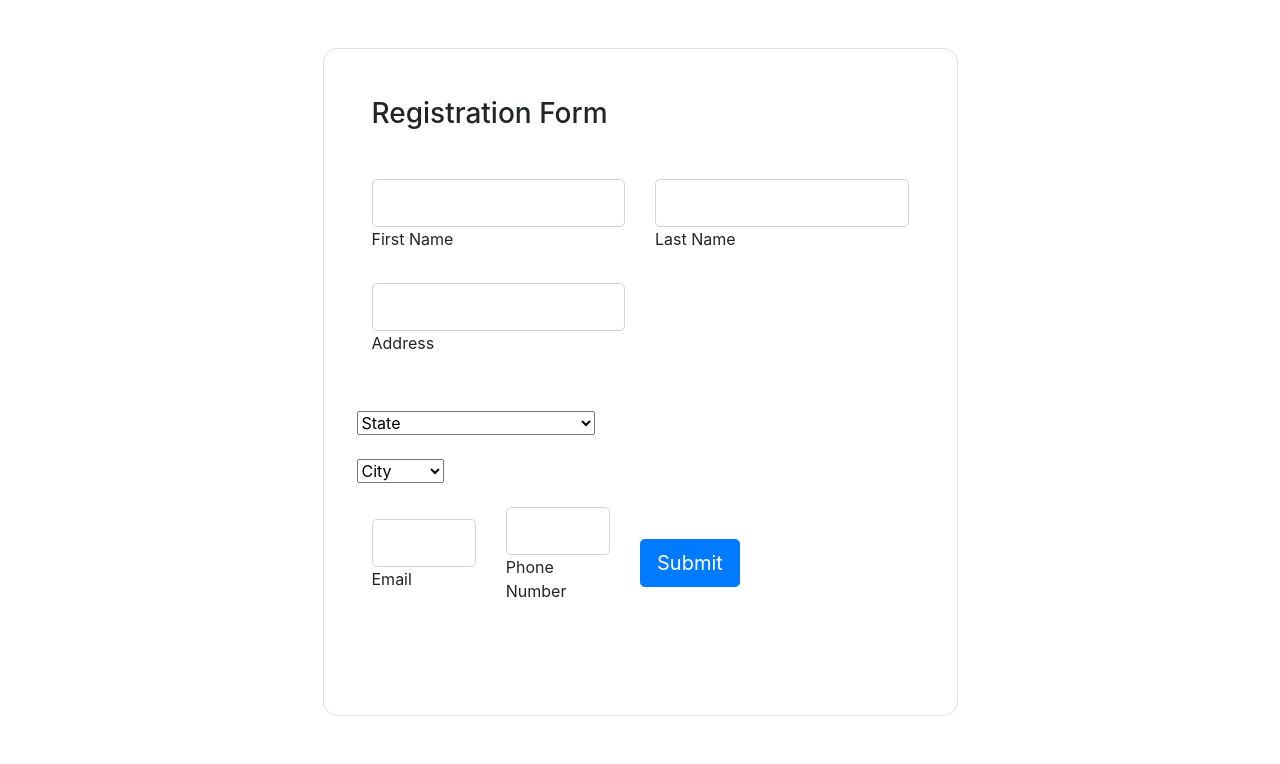
Repository: KeithKeithZ/libapp
Page: http://localhost/userRegister
These files come from the project's save history. The page is drawn as it stood at one moment and after the next save; the edit follows.
The browser window is 1280 px wide. The pictures show the whole page.
The page is served by the project's Laravel application, run on PHP 8.4 with Laravel 8. Other server files are loaded and not shown.

Above is the page before, as saved 2021-12-03 12:54:24.

### routes/web.php
<?php

use Illuminate\Support\Facades\Route;

/*
|--------------------------------------------------------------------------
| Web Routes
|--------------------------------------------------------------------------
|
| Here is where you can register web routes for your application. These
| routes are loaded by the RouteServiceProvider within a group which
| contains the "web" middleware group. Now create something great!
|
*/

Route::get('/', function () {
    return view('welcome');
});

Route::get('/Users', function () {
    return view('users');
});

Route::get('/userLogin', function () {
    return view('userSignIn');
});

Route::get('/userRegister', function () {
    return view('userRegister');
});

### resources/views/userRegister.blade.php
<!DOCTYPE html>
<html lang="{{ str_replace('_', '-', app()->getLocale()) }}">
    <head>
        <title>Bootstrap Example</title>
        <meta charset="utf-8">
        <meta name="viewport" content="width=device-width, initial-scale=1">
        <link rel="stylesheet" href="https://stackpath.bootstrapcdn.com/bootstrap/4.1.3/css/bootstrap.min.css" integrity="sha384-MCw98/SFnGE8fJT3GXwEOngsV7Zt27NXFoaoApmYm81iuXoPkFOJwJ8ERdknLPMO" crossorigin="anonymous">
        <script src="https://code.jquery.com/jquery-3.3.1.slim.min.js" integrity="sha384-q8i/X+965DzO0rT7abK41JStQIAqVgRVzpbzo5smXKp4YfRvH+8abtTE1Pi6jizo" crossorigin="anonymous"></script>
        <script src="https://cdnjs.cloudflare.com/ajax/libs/popper.js/1.14.3/umd/popper.min.js" integrity="sha384-ZMP7rVo3mIykV+2+9J3UJ46jBk0WLaUAdn689aCwoqbBJiSnjAK/l8WvCWPIPm49" crossorigin="anonymous"></script>
        <script src="https://stackpath.bootstrapcdn.com/bootstrap/4.1.3/js/bootstrap.min.js" integrity="sha384-ChfqqxuZUCnJSK3+MXmPNIyE6ZbWh2IMqE241rYiqJxyMiZ6OW/JmZQ5stwEULTy" crossorigin="anonymous"></script>
    </head>

    <section class="vh-100 gradient-custom">
        <div class="container py-5 h-100">
            <div class="row justify-content-center align-items-center h-100">
            <div class="col-12 col-lg-9 col-xl-7">
                <div class="card shadow-2-strong card-registration" style="border-radius: 15px;">
                <div class="card-body p-4 p-md-5">
                    <h3 class="mb-4 pb-2 pb-md-0 mb-md-5">Registration Form</h3>
                    <form>

                    <div class="row">
                        <div class="col-md-6 mb-4">

                        <div class="form-outline">
                            <input type="text" id="firstName" class="form-control form-control-lg" />
                            <label class="form-label" for="firstName">First Name</label>
                        </div>

                        </div>
                        <div class="col-md-6 mb-4">

                        <div class="form-outline">
                            <input type="text" id="lastName" class="form-control form-control-lg" />
                            <label class="form-label" for="lastName">Last Name</label>
                        </div>

                        </div>
                    </div>

                    <div class="row">
                        <div class="col-md-6 mb-4 d-flex align-items-center">

                        <div class="form-outline mb-4">
                            <input type="text" id="form3Example8" class="form-control form-control-lg" />
                            <label class="form-label" for="form3Example8">Address</label>
                        </div>

                        </div>

                        <div class="row">
                            <div class="col-md-10 mb-4">
                                <select>
                                    <option value="1">State</option>
                                    <option value="2">Alberta</option>
                                    <option value="3">British Columbia</option>
                                    <option value="4">Manitoba</option>
                                    <option value="5">New Brunswick</option>
                                    <option value="6">Newfoundland and Labrador</option>
                                    <option value="7">Northwest Territories</option>
                                    <option value="8">Nova Scotia</option>
                                    <option value="9">Nunavut</option>
                                    <option value="10">Ontario</option>
                                    <option value="11">Prince Edward Island</option>
                                    <option value="12">Quebec</option>
                                    <option value="13">Saskatchewan</option>
                                    <option value="14">Yukon</option>
                                </select>
                            </div>

                            <div class="col-md-6 mb-4">

                                <select class="select">
                                    <option value="1">City</option>
                                    <option value="2">Option 1</option>
                                    <option value="3">Option 2</option>
                                    <option value="4">Option 3</option>
                                </select>
                            </div>
                        </div>

                    <div class="row">
                    <div class="col-md-6 mb-4 d-flex align-items-center">
                        <div class="col-md-6 mb-4 pb-2">

                        <div class="form-outline">
                            <input type="email" id="emailAddress" class="form-control form-control-lg" />
                            <label class="form-label" for="emailAddress">Email</label>
                        </div>

                        </div>
                        <div class="col-md-6 mb-4 pb-2">

                        <div class="form-outline">
                            <input type="tel" id="phoneNumber" class="form-control form-control-lg" />
                            <label class="form-label" for="phoneNumber">Phone Number</label>
                        </div>

                        </div>
                    </div>

                    <div class="mt-4 pt-2">
                        <input class="btn btn-primary btn-lg" type="submit" value="Submit" />
                    </div>

                    </form>
                </div>
                </div>
            </div>
            </div>
        </div>
    </section>

</html>

After the next save:
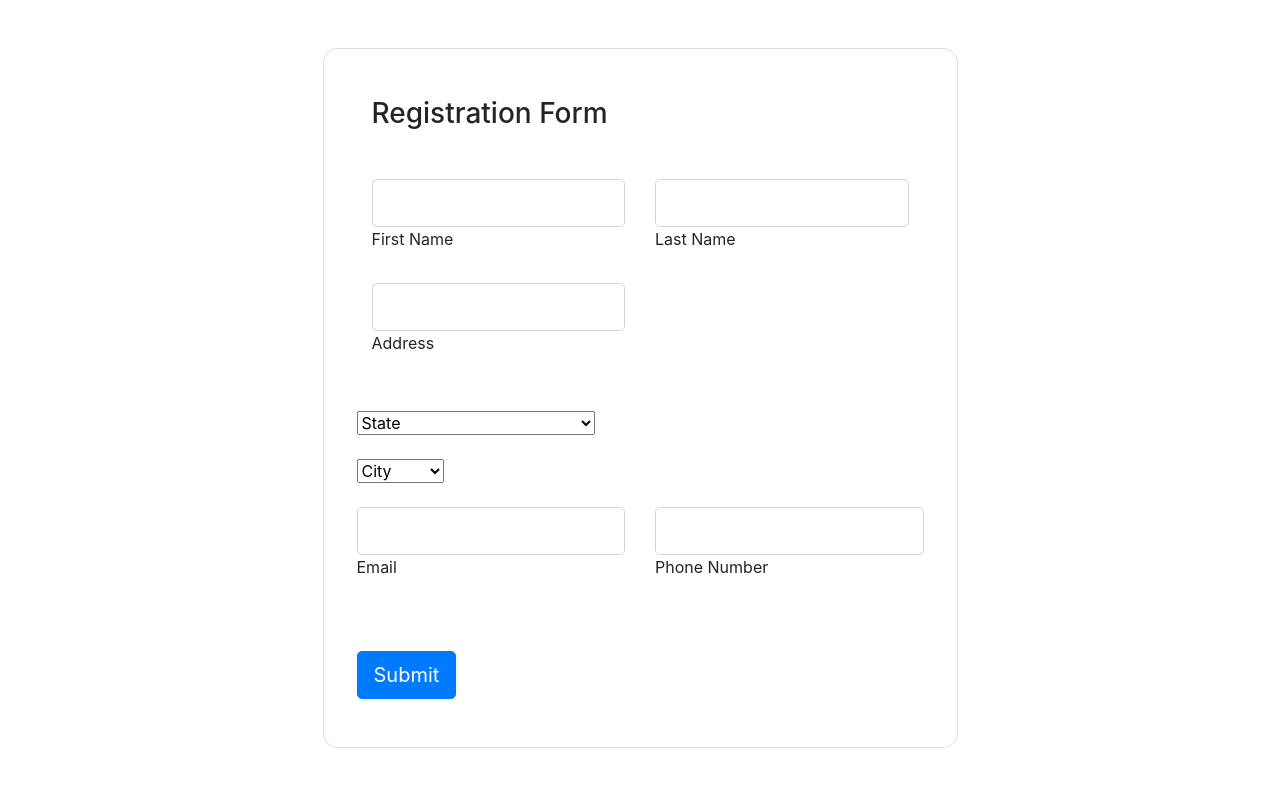
Saved 21 s later.
--- a/resources/views/userRegister.blade.php
+++ b/resources/views/userRegister.blade.php
@@ -80,7 +80,6 @@
                         </div>
 
                     <div class="row">
-                    <div class="col-md-6 mb-4 d-flex align-items-center">
                         <div class="col-md-6 mb-4 pb-2">
 
                         <div class="form-outline">
